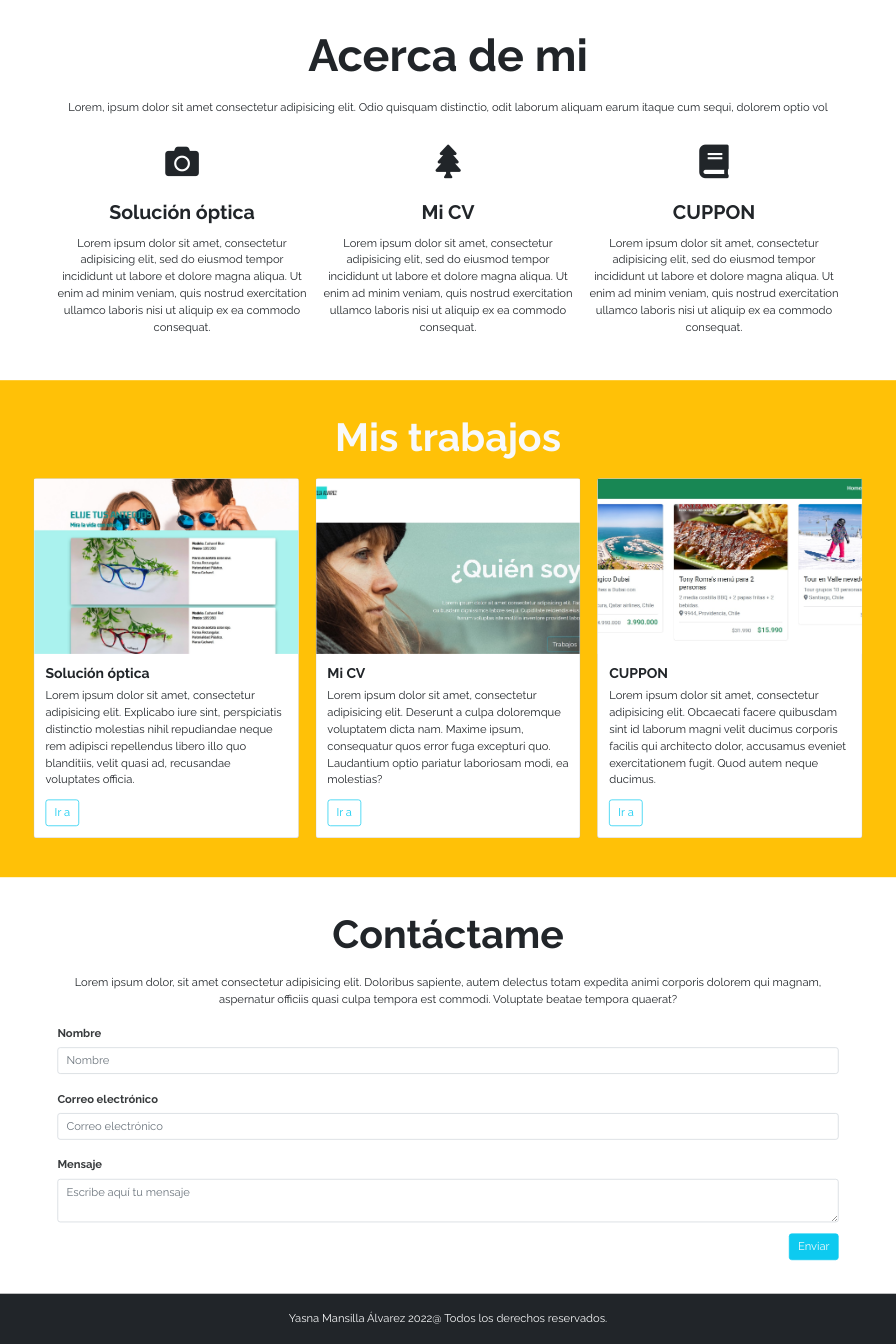
Repository: Yasna2112/Portafolio-final
Page: index.html
The author's editor kept a copy of each file at every save. The page is drawn from the files as they stood at one save, then again after a run of saves.
The browser window is 1280 px wide. The pictures show the part of the page from y = 703 to 2623 px (the page is 2623 px tall), at 70% of full size.
Some web libraries are served in a nearby version.

Above is the page before, as saved 2022-07-23 07:33:47.

### index.html
<!DOCTYPE html>
<html lang="en">

<head>
    <meta charset="UTF-8">
    <meta http-equiv="X-UA-Compatible" content="IE=edge">
    <meta name="viewport" content="width=device-width, initial-scale=1.0">
    <link rel="preconnect" href="https://fonts.googleapis.com">
    <link rel="preconnect" href="https://fonts.gstatic.com" crossorigin>
    <link href="https://fonts.googleapis.com/css2?family=Raleway:wght@400;700&display=swap" rel="stylesheet">
    <link href="https://cdn.jsdelivr.net/npm/bootstrap@5.1.3/dist/css/bootstrap.min.css" rel="stylesheet"
        integrity="sha384-1BmE4kWBq78iYhFldvKuhfTAU6auU8tT94WrHftjDbrCEXSU1oBoqyl2QvZ6jIW3" crossorigin="anonymous">
    <title>Yasna Mansilla</title>
    <link rel="stylesheet" href="https://cdnjs.cloudflare.com/ajax/libs/font-awesome/5.9.0/css/all.min.css"
        integrity="sha512-q3eWabyZPc1XTCmF+8/LuE1ozpg5xxn7iO89yfSOd5/oKvyqLngoNGsx8jq92Y8eXJ/IRxQbEC+FGSYxtk2oiw=="
        crossorigin="anonymous" referrerpolicy="no-referrer" />
    <link rel="stylesheet" href="assets/css/styles.css">
</head>
<body>
    <nav class="navbar navbar-expand-lg  navbar-dark bg- link-light">
        <div class="container">
            <a class="navbar-brand" href="#">
                <img src="assets/img/Logo Yas.png" class="img-fluid">
            </a>
            <button class="navbar-toggler" type="button" data-bs-toggle="collapse"
                aria-controls="navbarSupportedContent" aria-expanded="false" aria-label="Toggle navigation">
                <span class="navbar-toggler-icon"></span>
            </button>
            <div class="collapse navbar-collapse" id="navbarSupportedContent">
                <ul class="navbar-nav ms-auto mb-2 mb-lg-0 fs-5">
                    <li class="nav-item">
                        <a class="nav-link" href="#">Acerca de mi</a>
                    </li>
                    <li class="nav-item">
                        <a class="nav-link" href="#">Trabajos</a>
                    </li>
                    <li class="nav-item">
                        <a class="nav-link" href="#">Contacto</a>
                    </li>

                </ul>

            </div>
        </div>
    </nav>

    <header id="Hero-Section" class="text-light text-end py-5 mt-5">
        <div class="container">
            <div class="ms-auto col-12 col-md-7 ">
                <h1 class="display-1 fw-bold my-5">
                    ¿Quién soy yo?
                </h1>
                <p class="my-5">
                    Lorem ipsum dolor sit amet consectetur adipisicing elit. Facilis, accusamus iusto quibusdam
                    dignissimos labore sequi. Cupiditate reiciendis eius dolore, illum adipisci harum voluptas iste
                    mollitia inventore provident labore voluptatum nemo.
                </p>
                <div class="mb-5 pb-5">
                    <button class="btn btn-lg btn-outline-info text-light me-4">Trabajos</button>
                    <button class="btn btn-lg btn-info text-light">Contacto</button>
                </div>
            </div>
        </div>
    </header>


    <section id="Acerca-de-mi" class="container text-center my-5">


        <h2 class="display-3 fw-bold my-4">Acerca de mi</h2>

        <p class="my-4">
            Lorem, ipsum dolor sit amet consectetur adipisicing elit. Odio quisquam distinctio, odit laborum aliquam
            earum itaque cum sequi, dolorem optio vol
        </p>


        <div class="row">
            <div class="col-12 col-md-4">
                <i class="fas fa-camera fa-3x my-3"></i>
                <h3 class="my-3 fw-bold">Solución óptica</h3>
                <p class="my-3">
                    Lorem ipsum dolor sit amet, consectetur adipisicing elit, sed do
                    eiusmod tempor incididunt ut labore et dolore magna aliqua. Ut enim
                    ad minim veniam, quis nostrud exercitation ullamco laboris nisi ut
                    aliquip ex ea commodo consequat.
                </p>
            </div>
            <div class="col-12 col-md-4">
                <i class="fas fa-tree fa-3x my-3"></i>
                <h3 class="my-3 fw-bold">Mi CV</h3>
                <p class="my-3">
                    Lorem ipsum dolor sit amet, consectetur adipisicing elit, sed do
                    eiusmod tempor incididunt ut labore et dolore magna aliqua. Ut enim
                    ad minim veniam, quis nostrud exercitation ullamco laboris nisi ut
                    aliquip ex ea commodo consequat.
                </p>
            </div>
            <div class="col-12 col-md-4">
                <i class="fas fa-book fa-3x my-3"></i>
                <h3 class="my-3 fw-bold">CUPPON</h3>
                <p class="my-3">
                    Lorem ipsum dolor sit amet, consectetur adipisicing elit, sed do
                    eiusmod tempor incididunt ut labore et dolore magna aliqua. Ut enim
                    ad minim veniam, quis nostrud exercitation ullamco laboris nisi ut
                    aliquip ex ea commodo consequat.
                </p>
            </div>
        </div>
    </section>


    <section id="Mis-trabajos" class="my-5 p-5 bg-warning">

        <h2 class="display-4 fw-bold text-center text-light mb-3">Mis trabajos</h2>

        <div class="row">
            <div class="col-12 col-sm-4 py-2">
                <div class="card">
                    <div class="image-top" style="background-image: url(assets/img/card-11.jpg)"></div>
                    <div class="card-body">
                        <h5 class="card-title fw-bold">Solución óptica</h5>
                        <p class="card-text">
                            Lorem ipsum dolor sit amet, consectetur adipisicing elit.
                            Explicabo iure sint, perspiciatis distinctio molestias nihil
                            repudiandae neque rem adipisci repellendus libero illo quo
                            blanditiis, velit quasi ad, recusandae voluptates officia.
                        </p>
                        <button type="button" class="btn btn-outline-info" href="https://github.com/Yasna2112/Portafolio_Optica">
                           Ir a
                        </button>
                    </div>
                </div>
            </div>
            <div class="col-12 col-sm-4 py-2">
                <div class="card">
                    <div class="image-top" style="background-image: url(assets/img/card-22.jpg)"></div>
                    <div class="card-body">
                        <h5 class="card-title fw-bold">Mi CV</h5>
                        <p class="card-text">
                            Lorem ipsum dolor sit amet, consectetur adipisicing elit.
                            Deserunt a culpa doloremque voluptatem dicta nam. Maxime ipsum,
                            consequatur quos error fuga excepturi quo. Laudantium optio
                            pariatur laboriosam modi, ea molestias?
                        </p>
                        <a button type="button" class="btn btn-outline-info">
                            Ir a
                        </a>
                    </div>
                </div>
            </div>
            <div class="col-12 col-sm-4 py-2">
                <div class="card">
                    <div class="image-top" style="background-image: url(assets/img/card-33.jpg)"></div>
                    <div class="card-body">
                        <h5 class="card-title fw-bold">CUPPON</h5>
                        <p class="card-text">
                            Lorem ipsum dolor sit amet, consectetur adipisicing elit.
                            Obcaecati facere quibusdam sint id laborum magni velit ducimus
                            corporis facilis qui architecto dolor, accusamus eveniet
                            exercitationem fugit. Quod autem neque ducimus.
                        </p>
                        <button type="button" class="btn btn-outline-info">
                            Ir a
                        </button>
                    </div>
                </div>
            </div>
        </div>

    </section>



    <section id="Contacto" class="container my-5">

        <h2 class="display-4 fw-bold text-center my-4">Contáctame</h2>

        <p class="text-center my-4 d-none d-md-block">Lorem ipsum dolor, sit amet consectetur adipisicing elit.
            Doloribus
            sapiente, autem delectus totam expedita
            animi corporis dolorem qui magnam, aspernatur officiis quasi culpa tempora est commodi. Voluptate beatae
            tempora quaerat?</p>

        <form>


            <div class="form-group mb-4">
                <label class="mb-2">Nombre</label>
                <input class="form-control" placeholder="Nombre">
            </div>

            <div class="form-group mb-4">
                <label class="mb-2">Correo electrónico</label>
                <input class="form-control" placeholder="Correo electrónico" />
            </div>


            <div class="form-group">
                <label class="mb-2">Mensaje</label>
                <textarea class="form-control" placeholder="Escribe aquí tu mensaje"></textarea>
            </div>

            <div class="my-3 text-end">
                <button class="btn btn-info text-light">Enviar</button>
            </div>



        </form>

    </section>



    <footer class="bg-dark text-center text-light p-4">
        <p class="mb-0">Yasna Mansilla Álvarez 2022@ Todos los derechos reservados.</p>
    </footer>


    <script src="https://cdn.jsdelivr.net/npm/bootstrap@5.1.3/dist/js/bootstrap.bundle.min.js"
        integrity="sha384-ka7Sk0Gln4gmtz2MlQnikT1wXgYsOg+OMhuP+IlRH9sENBO0LRn5q+8nbTov4+1p"
        crossorigin="anonymous"></script>
</body>

</html>

### assets/css/styles.css
body {
    font-family: "Raleway", sans-serif;
  }

  /* Hero Section */

  #Hero-Section {
    background-image: url("../img/bg-hero2.jpg");
    background-repeat: no-repeat;
    background-size: cover;
    background-position: left;
  }

  /* Mis trabajos */

  #Mis-trabajos .image-top {
    height: 250px;
    background-repeat: no-repeat;
    background-size: cover;
    background-position: center;
  }

  /* Contacto */

  #Contacto form label {
    font-weight: 700;
    color: #373a3c;
  }

  @media (max-width: 768px) {
    #Contacto form label {
      font-weight: 400;
    }

    .navbar-brand{
      width: 100px;
    }

  }

After the next 2 saves:
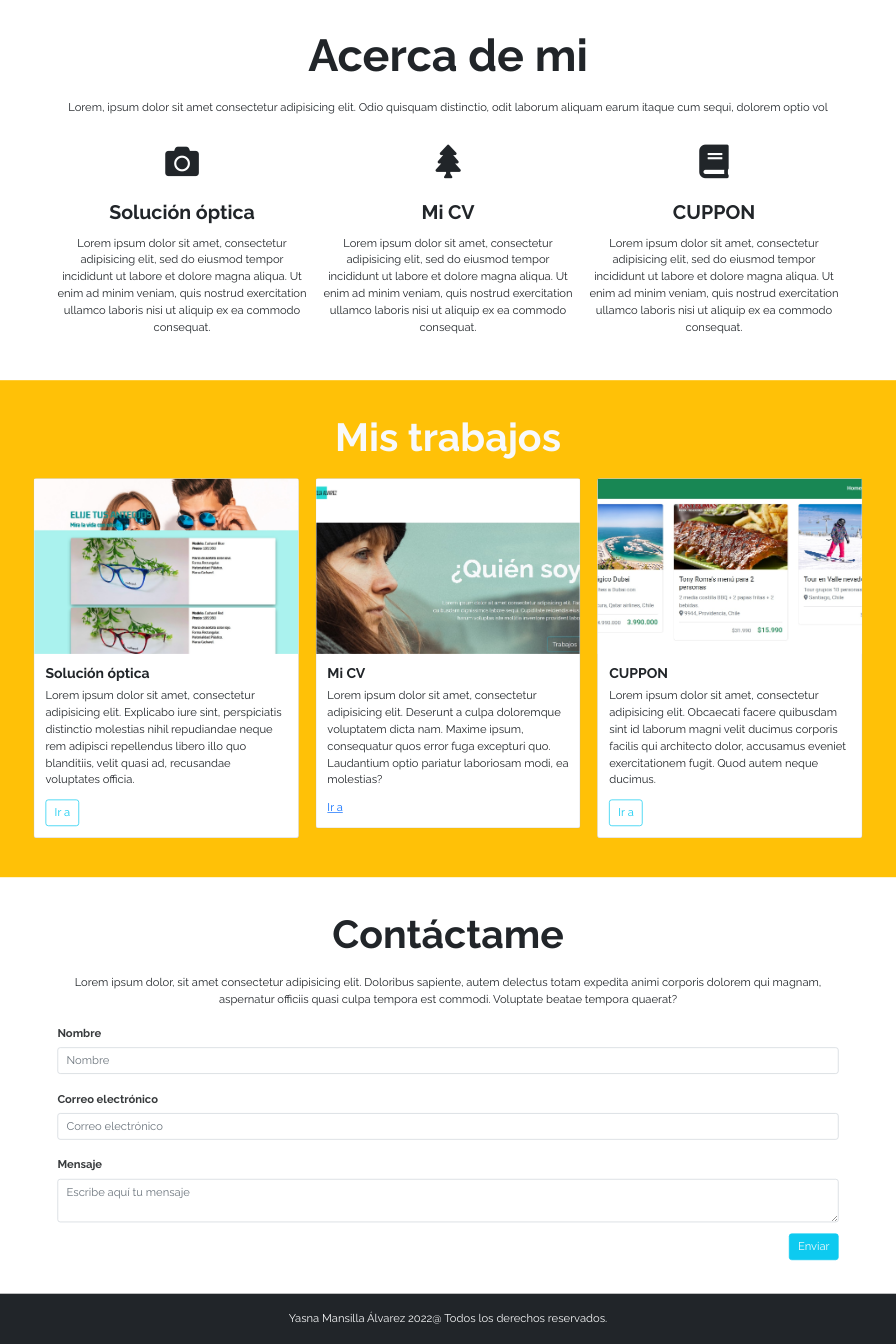
The 2 saves are shown as one change because they came seconds apart.
The last was saved 14 s later.
--- a/index.html
+++ b/index.html
@@ -143,7 +143,7 @@
                             consequatur quos error fuga excepturi quo. Laudantium optio
                             pariatur laboriosam modi, ea molestias?
                         </p>
-                        <a button type="button" class="btn btn-outline-info">
+                        <a class= button type="button" class="btn btn-outline-info">
                             Ir a
                         </a>
                     </div>

After the 4 saves that followed:
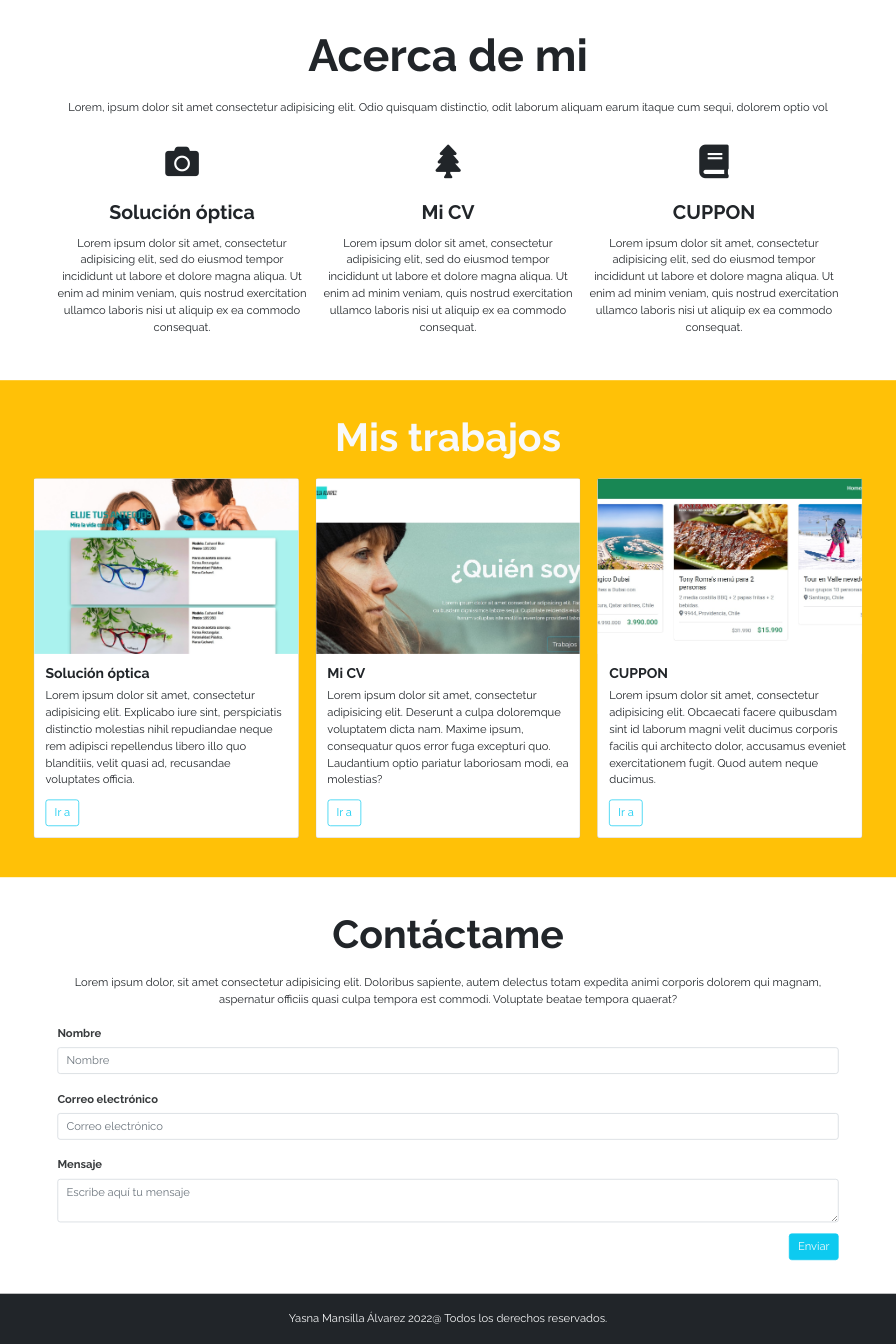
The 4 saves are shown as one change because 1 left the picture as it was and some came seconds apart.
The last was saved 74 s later.
--- a/index.html
+++ b/index.html
@@ -143,9 +143,9 @@
                             consequatur quos error fuga excepturi quo. Laudantium optio
                             pariatur laboriosam modi, ea molestias?
                         </p>
-                        <a class= button type="button" class="btn btn-outline-info">
+                        <button type="button" class="btn btn-outline-info">
                             Ir a
-                        </a>
+                        </button>
                     </div>
                 </div>
             </div>
